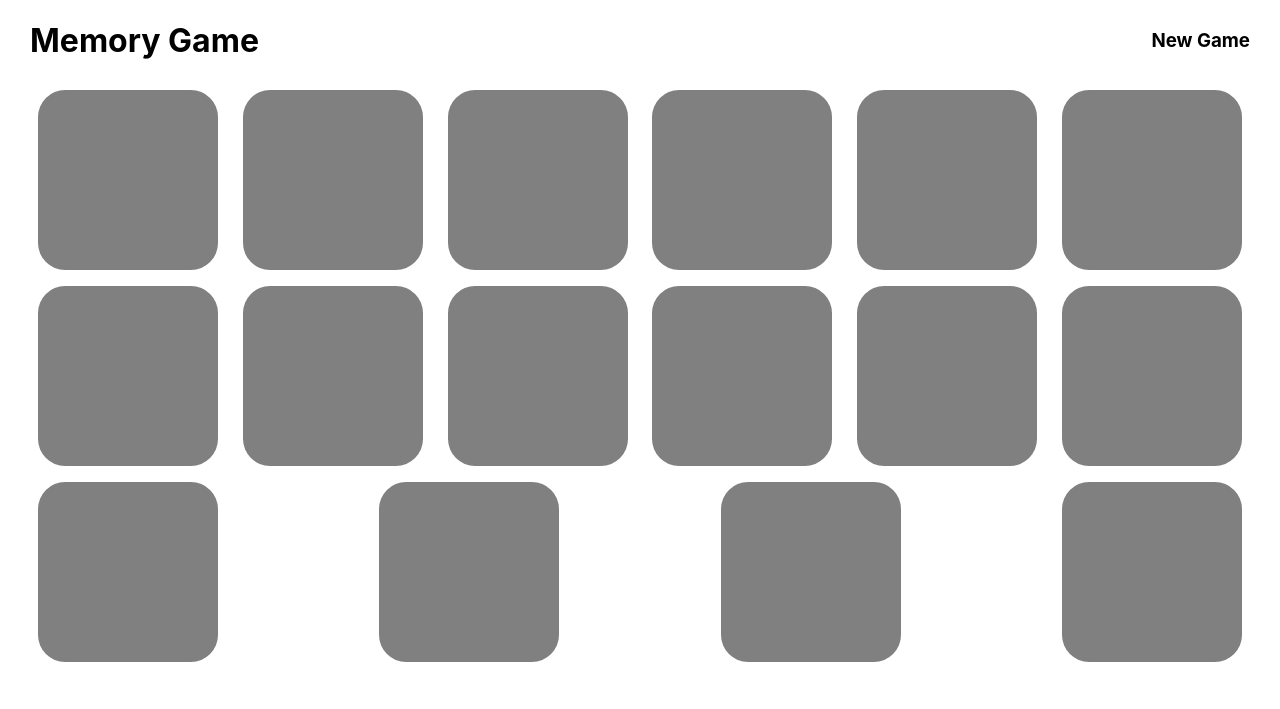
Repository: sokafootball/memory_game
Page: /
An editor plug-in stored every save of this project. The page is shown before and after the next save, followed by the edit.
The browser window is 1280 px wide. The pictures show the whole page.
The project was rebuilt for these pictures with package versions that can differ from the ones it lists, and the page was loaded fresh each time.

Above is the page before, as saved 2019-01-21 12:45:29.

### src/App.js
import React, { Component } from 'react';
import './App.css';
import {Game} from './Game'
import {Navbar} from './Navbar'

class App extends Component {
  constructor(props) {
    super(props)
    this.state = {
      cards: [
        {id: 0, color: 'red', status: 'hidden'},
        {id: 1, color: 'red', status: 'hidden'},
        {id: 2, color: 'blue', status: 'hidden'},
        {id: 3, color: 'blue', status: 'hidden'},
        {id: 4, color: 'yellow', status: 'hidden'},
        {id: 5, color: 'yellow', status: 'hidden'},
        {id: 6, color: 'black', status: 'hidden'},
        {id: 7, color: 'black', status: 'hidden'},
        {id: 8, color: 'pink', status: 'hidden'},
        {id: 9, color: 'pink', status: 'hidden'},
        {id: 10, color: 'green', status: 'hidden'},
        {id: 11, color: 'green', status: 'hidden'},
        {id: 12, color: 'orange', status: 'hidden'},
        {id: 13, color: 'orange', status: 'hidden'},
        {id: 14, color: 'purple', status: 'hidden'},
        {id: 15, color: 'purple', status: 'hidden'}
      ],
      showingCards: 0
    }
    this.handleCardClick = this.handleCardClick.bind(this)
    this.newGame = this.newGame.bind(this)
    setTimeout(this.shuffleCards, 50)
  }

  countShowingCards = () => {
    console.log('countShowingCards called')
    let showingCards = 0
    this.state.cards.forEach(card => {if(card.status === 'showing')showingCards++})
    this.setState({showingCards}, () => {
      console.log(this.state.showingCards)
      if(this.state.showingCards === 2){
        this.compareCards()
      }
    })
  }

  showCard = (clickedCard, id) => {
    console.log('showCard called')
    if(clickedCard.status === 'hidden' && this.state.showingCards < 2){
      clickedCard.status = 'showing'
      let newCards = this.state.cards.slice()
      newCards = newCards.map(card => (card.id === id ? clickedCard : card))
      this.setState({cards: newCards}, this.countShowingCards)
      }
    }

  handleCardClick = (id) => {
    console.log('button clicked')
    const clickedCard = this.state.cards.filter((card) => card.id === id)[0]
    this.showCard(clickedCard, id)
  }

  compareCards = () => {
    console.log('compareCards called')
    let comparedCards = this.state.cards.filter((card) => card.status === 'showing')
    const isMatch = comparedCards[0].color === comparedCards[1].color
    setTimeout(() => {
      comparedCards.forEach(card => {isMatch ? card.status = 'matched' : card.status = 'hidden'})
      let newCards = this.state.cards.slice()
      newCards = newCards.map(newCard => {
        if(comparedCards.some(card => card.id === newCard.id)){
          isMatch ? newCard.status = 'matched' : newCard.status = 'hidden'
        }
        return newCard
      })
      this.setState({newCards, showingCards:0})
    }, 1000)
  }

  shuffleCards = () => {
    console.log('ShuffleCards called')
    let myCards = this.state.cards.slice()
    for (let i = myCards.length - 1; i > 0; i--) {
        const j = Math.floor(Math.random() * (i + 1));
        [myCards[i], myCards[j]] = [myCards[j], myCards[i]];
    }
    this.setState({cards: myCards}, console.log(this.state.cards))
  }

  newGame = () => {
    //shuffle cards
    setTimeout(this.shuffleCards, 50)    //set all cards to hidden and showing cards to 0
    let myCards = this.state.cards.slice()
    myCards.forEach(card => card.status = 'hidden')
    this.setState({cards: myCards, showingCards: 0})
  }

  render() {
    return (
      <div className="App">
        <Navbar
        newGame={this.newGame}
        />
        <Game
        cards={this.state.cards}
        handleCardClick={this.handleCardClick}
        />
      </div>
    );
  }
}

export default App;

### src/Game.js
import React from 'react'
import {Card} from './Card'
import './Game.css'
import PropTypes from 'prop-types'

const Game = (props) => {
  const myCards = props.cards.map((c, index) => {
    return <Card {...c} key={index} handleCardClick = {props.handleCardClick}/>
  })
    return (
      <div className="cardsDiv">
        {myCards}
      </div>
    )
}

Game.defaultProps = {
  handleCardClick: () => {console.log('handleCardClick function not provided')},
  cards: () => [
    {id: 0, color: 'black', status: 'showing'},
    {id: 1, color: 'black', status: 'showing'},
    {id: 2, color: 'black', status: 'showing'},
    {id: 3, color: 'black', status: 'showing'},
    {id: 4, color: 'black', status: 'showing'},
    {id: 5, color: 'black', status: 'showing'},
    {id: 6, color: 'black', status: 'showing'},
    {id: 7, color: 'black', status: 'showing'},
    {id: 8, color: 'black', status: 'showing'},
    {id: 9, color: 'black', status: 'showing'},
    {id: 10, color: 'black', status: 'showing'},
    {id: 11, color: 'black', status: 'showing'},
    {id: 12, color: 'black', status: 'showing'},
    {id: 13, color: 'black', status: 'showing'},
    {id: 14, color: 'black', status: 'showing'},
    {id: 15, color: 'black', status: 'showing'}
  ]
}

Game.propTypes = {
  handleCardClick: PropTypes.func.isRequired,
  cards: PropTypes.arrayOf(PropTypes.object).isRequired
}

export {Game}

### src/Navbar.js
import React from 'react'
import './Navbar.css'
import PropTypes from 'prop-types'

const Navbar = (props) => {
    return (
      <div className='mainBar'>
        <h1>Memory Game</h1>
        <h3 onClick={props.newGame}>New Game</h3>
      </div>
    )
}

Navbar.defaultProps = {
  newGame: () => {console.log('from Navbar: newGame function not provided')}
}

Navbar.propTypes = {
  newGame: PropTypes.func.isRequired
}

export {Navbar}

### src/Card.js
import React from 'react'
import PropTypes from 'prop-types'
import './Card.css'

const Card = (props) => {

if(props.status !== 'hidden'){
  var style = {
    backgroundColor: props.color
  }
}

  return (
    <div className="card" style={style}></div>
  )
}

Card.defaultProps = {
  color: 'grey'
}

Card.propTypes = {
  color: PropTypes.string
}

export {Card}

### src/Game.css
.cardsDiv {
  display: flex;
  flex-wrap: wrap;
  margin: 0px 30px;
  justify-content: space-between;
}

### src/Navbar.css
h3 {
  cursor: pointer;
}

.mainBar {
  margin: 0px 30px;
  display: flex;
  justify-content: space-between;
  align-items: center;
}

### src/Card.css
.card {
  margin: 8px;
  width: 180px;
  height: 180px;
  display: inline-block;
  background: grey;
  border-radius: 15%;
  transition: background 1s;
}

Loaded but not shown: public/index.html (common file); src/index.js (common file); src/index.css (common file); src/serviceWorker.js (common file); src/App.css (common file)

After the next save:
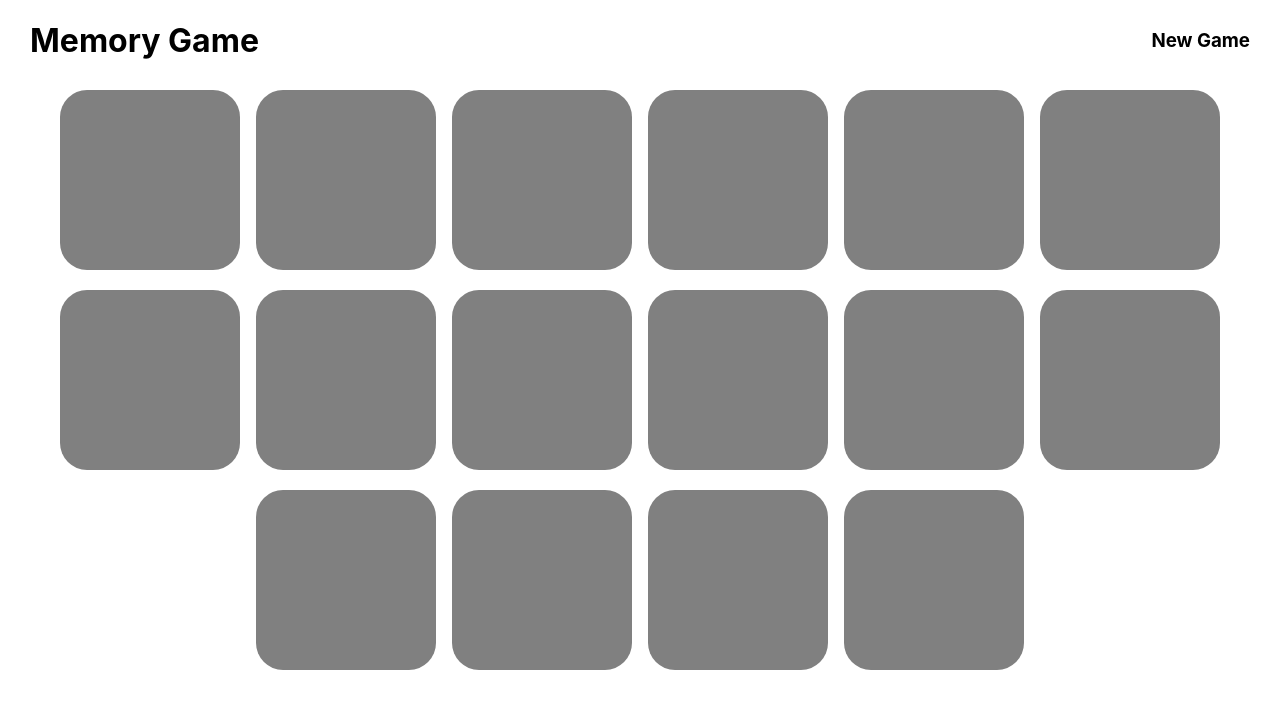
Saved 114 s later.
--- a/src/Game.js
+++ b/src/Game.js
@@ -1,6 +1,6 @@
 import React from 'react'
 import {Card} from './Card'
-import './Game.css'
+// import './Game.css'
 import PropTypes from 'prop-types'
 
 const Game = (props) => {
